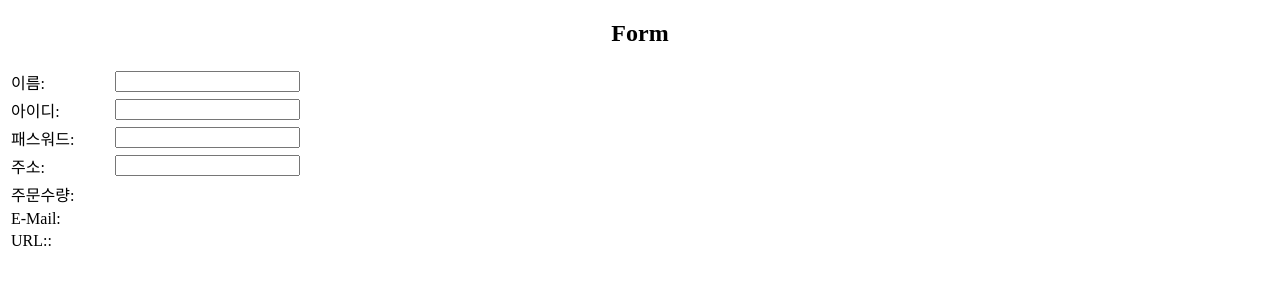
Repository: gyujin91/JSP
Page: web01/src/main/webapp/form.html
These files come from the project's save history. The page is drawn as it stood at one moment and after the next save; the edit follows.
The browser window is 1280 px wide. The pictures show the whole page.

Above is the page before, as saved 2022-04-22 05:09:17.

### web01/src/main/webapp/form.html
<!DOCTYPE html>
<html>
<head>
<meta charset="UTF-8">
<link rel="stylesheet" type="text/css" href="">
<style>
.form{text-align: center;}
</style>

<title>Form Sample</title>
</head>
<body>
	<h2 class="form">Form</h2>
	<form action="loginPro.jsp" method="post" name="twin">
        <table>
            <tr>
                <td width="100">이름:</td>
                <td width="200"><input type="text" name="name"></td>
            </tr>
            <tr>
            	<td>아이디:
            	<td><input type="text" name="uid"></td>
            </tr>
            <tr>
            	<td>패스워드:
            	<td><input type="password" name="upw"></td>
            </tr><tr>
            	<td>주소:
            	<td><input type="text" name="adrr"></td>
            </tr><tr>
            	<td>주문수량:
            </tr><tr>
            	<td>E-Mail:
            </tr><tr>
            	<td>URL::
            </tr>
        </table>




</body>
</html>

After the next save:
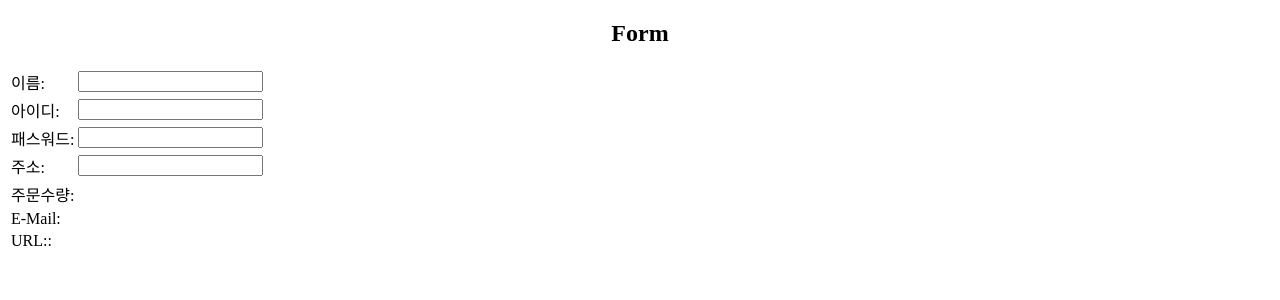
Saved 114 s later.
--- a/web01/src/main/webapp/form.html
+++ b/web01/src/main/webapp/form.html
@@ -14,8 +14,8 @@
 	<form action="loginPro.jsp" method="post" name="twin">
         <table>
             <tr>
-                <td width="100">이름:</td>
-                <td width="200"><input type="text" name="name"></td>
+                <td>이름:</td>
+                <td><input type="text" name="name"></td>
             </tr>
             <tr>
             	<td>아이디:
